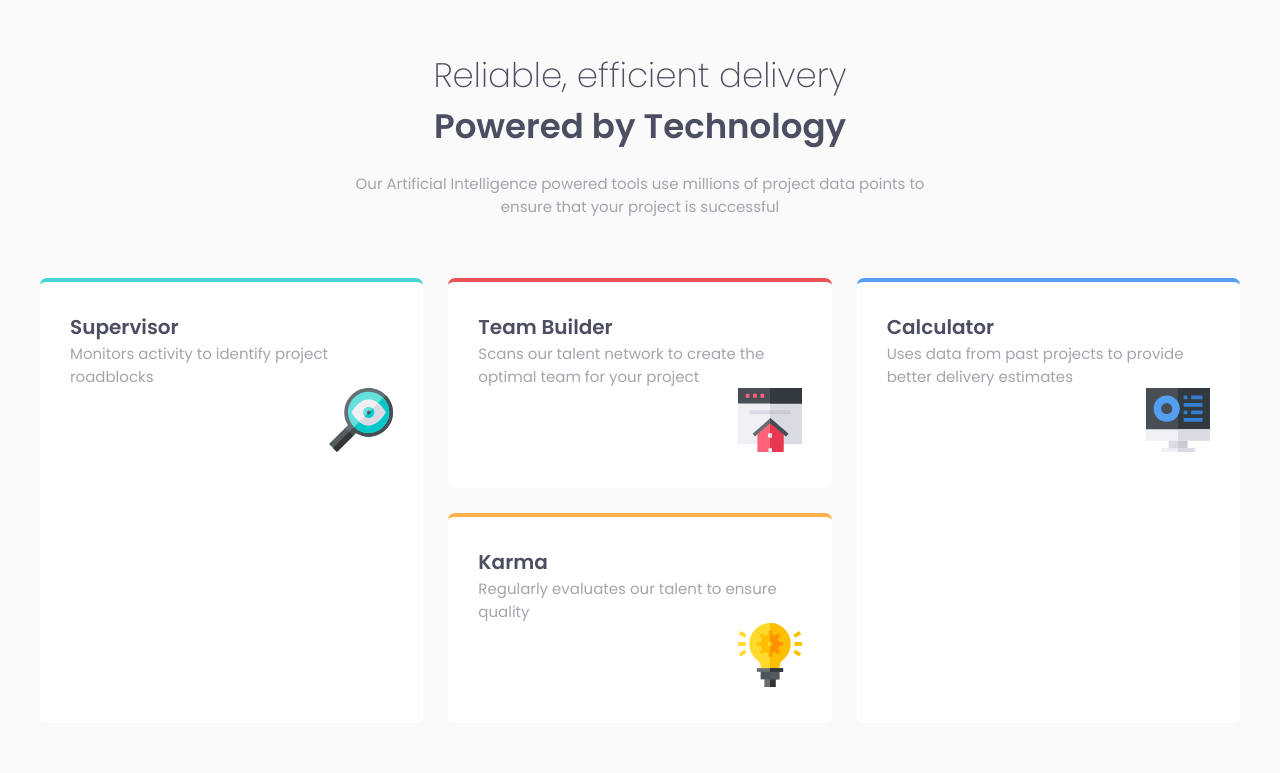
Repository: superZXMzzl/FrontendMentor
Page: four-card-feature-section-master/index.html
These files come from the project's save history. The page is drawn as it stood at one moment and after the next save; the edit follows.
The browser window is 1280 px wide. The pictures show the whole page.

Above is the page before, as saved 2022-05-10 18:50:22.

### four-card-feature-section-master/index.html
<!DOCTYPE html>
<html lang="en">
<head>
  <meta charset="UTF-8">
  <meta name="viewport" content="width=device-width, initial-scale=1.0"> <!-- displays site properly based on user's device -->

  <link rel="icon" type="image/png" sizes="32x32" href="./images/favicon-32x32.png">
  <link rel="stylesheet" href="style.css">
  <title>Frontend Mentor | Four card feature section</title>


</head>
<body>


  <div class="container">
    <div class="textBox">
      <h3>Reliable, efficient delivery</h3>
      <h2>Powered by Technology</h2>
      <p>Our Artificial Intelligence powered tools use millions of project data points
        to ensure that your project is successful</p>
    </div>
    <section class="main">
        <div class="box box1">
          <div class="boxText">
            <h5>Supervisor</h5>
            <p>Monitors activity to identify project roadblocks</p>
          </div>
          <img src="./images/icon-supervisor.svg" alt="">
        </div>
        <div class="boxContainer">
          <div class="box box2">
            <div class="boxText">
              <h5>Team Builder</h5>
              <p>Scans our talent network to create the optimal team for your project</p>
            </div>
            <img src="./images/icon-team-builder.svg" alt="">
          </div>
          <div class="box box3">
            <div class="boxText">
              <h5>Karma</h5>
              <p>Regularly evaluates our talent to ensure quality</p>
            </div>
            <img src="./images/icon-karma.svg" alt="">
          </div>
        </div>
        <div class="box box4">
          <div class="boxText">
            <h5>Calculator</h5>
            <p>Uses data from past projects to provide better delivery estimates</p>
          </div>
          <img src="./images/icon-calculator.svg" alt="">
        </div>
    </section>
  </div>





















</body>
</html>

### four-card-feature-section-master/style.css
@import url('https://fonts.googleapis.com/css2?family=Poppins:wght@200;400;600&display=swap');

* {
    margin: 0;
    padding: 0;
}

body {
    font-family: 'Poppins', sans-serif;
    font-size: 15px;
    background-color: hsl(0, 0%, 98%);
    color: hsl(229, 6%, 66%);
}

.container {
    max-width: 1200px;
    margin: 0 auto;
    padding: 50px 30px;
}

.textBox {
    text-align: center;

}

.textBox h3 {
    font-size: 34px;
    font-weight: 200;
    color: hsl(234, 12%, 34%);
}

.textBox h2 {
    font-size: 34px;
    font-weight: 600;
    color: hsl(234, 12%, 34%);
}

.textBox p {
    max-width: 600px;
    margin: 0 auto;
    margin-top: 20px;
}

.main {
    display: grid;
    grid-template-columns: 1fr 1fr 1fr;
    gap: 25px;
    margin-top: 60px;
}

.box {
    background-color: white;
    border-radius: 7px;
    padding: 30px;
    text-align: right;
}

.boxText {
    text-align: left;
}

.box1 {
    border-top: 4px solid hsl(180, 62%, 55%);
}

.box2 {
    border-top: 4px solid hsl(0, 78%, 62%);
}

.box3 {
    border-top: 4px solid hsl(34, 97%, 64%);
}

.box4 {
    border-top: 4px solid hsl(212, 86%, 64%);
}

.boxText h5{
    font-size: 20px;
    color: hsl(234, 12%, 34%);
}

.boxContainer {
    gap: 25px;
}
.box2 {
    margin-bottom: 25px;
}

.box1, .box3 {
    align-items: center;
}

After the next save:
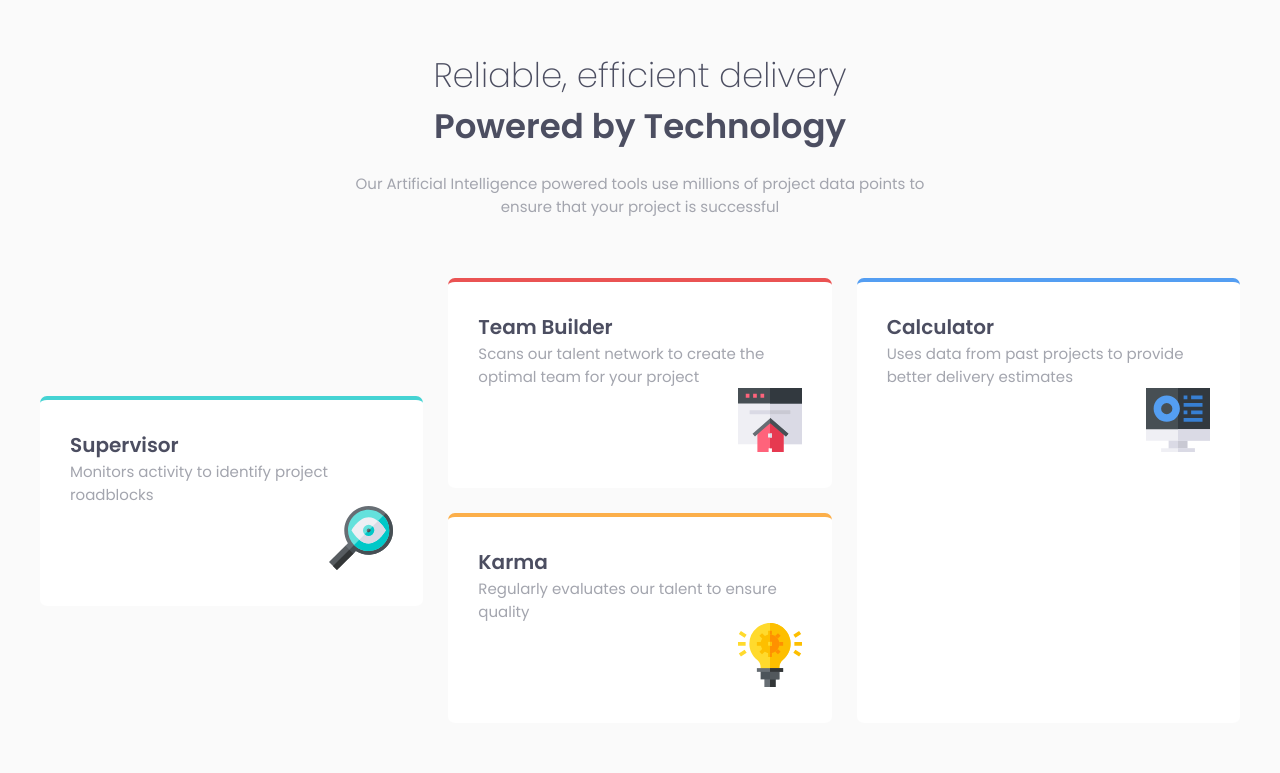
Saved 19 s later.
--- a/four-card-feature-section-master/style.css
+++ b/four-card-feature-section-master/style.css
@@ -88,5 +88,5 @@ body {
 }
 
 .box1, .box3 {
-    align-items: center;
+    align-self: center;
 }
